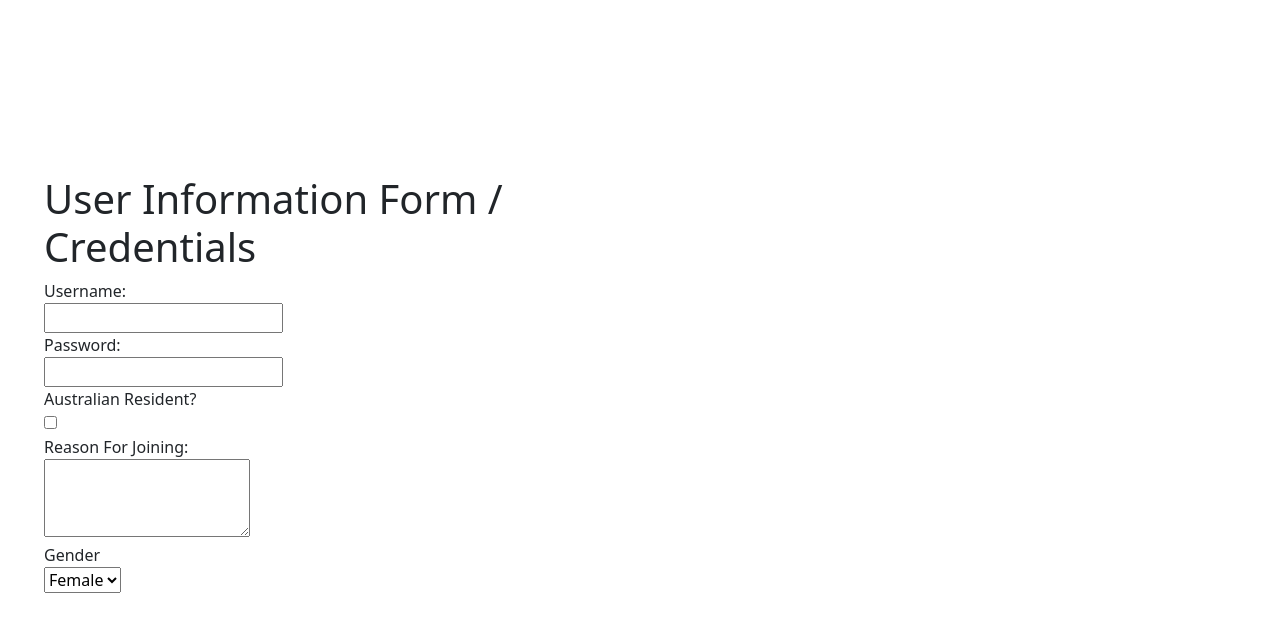
Repository: Andrew-JX/mji-library
Page: /
The author's editor kept a copy of each file at every save. The page is drawn from the files as they stood at one save, then again after a run of saves.
The browser window is 1280 px wide. The pictures show the whole page.
The project was rebuilt for these pictures with package versions that can differ from the ones it lists, and the page was loaded fresh each time. Also part of the build but not shown: vite.config.js, src/components/JSON.vue.

Above is the page before, as saved 2025-08-12 00:02:43.

After the next 5 saves:
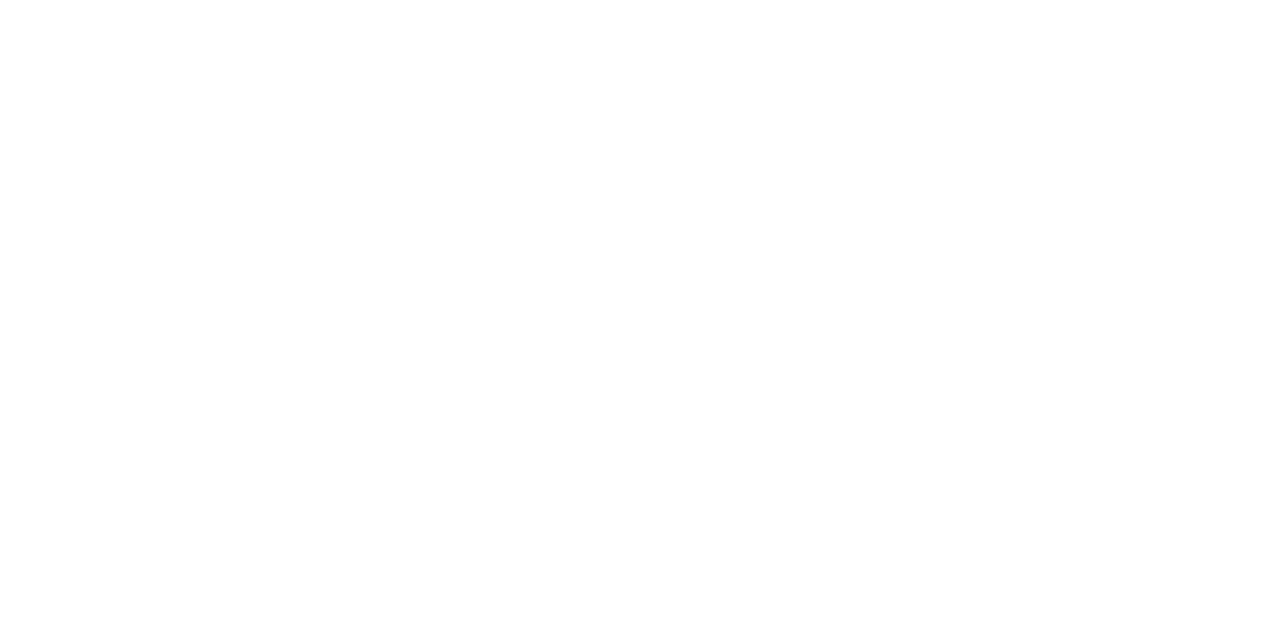
Console error: TypeError: Cannot read properties of undefined (reading 'username')
The 5 saves are shown as one change because 4 did not build or start.
The last was saved 16 min 1 s later.
--- a/src/components/Form.vue
+++ b/src/components/Form.vue
@@ -1,29 +1,51 @@
 <!-- src/components/Form.vue -->
 <template>
   <div class="container mt-5">
-    <h1>User Information Form / Credentials</h1>
-    <form>
-      <label for="username">Username:</label><br>
-      <input type="text" id="username" name="username"><br>
-
-      <label for="password">Password:</label><br>
-      <input type="password" id="password" name="password"><br>
-
-      <label for="isAustralian">Australian Resident?</label><br>
-      <input type="checkbox" id="isAustralian" name="isAustralian"><br>
-
-      <label for="reason">Reason For Joining:</label><br>
-      <textarea id="reason" name="reason" rows="3"></textarea><br>
-
-      <label for="gender">Gender</label><br>
-      <select id="gender">
-        <option value="female">Female</option>
-        <option value="male">Male</option>
-        <option value="other">Other</option>
-      </select>
-    </form>
+    <div class="row">
+      <div class="col-md-8 offset-md-2">
+        <h1 class="text-center">User Information Form</h1>
+        <form @submit.prevent="submitForm">
+          <div class="row mb-3">
+            <div class="col-md-6">
+              <label for="username" class="form-Label">Username</label>
+              <input type="text" class="form-control" id="username" v-model="formData.username">
+            </div>
+            <div class="col-md-6">
+              <label for="password" class="form-label">Password</label>
+              <input type="password" class="form-control" id="password" v-model="formData.password">
+            </div>
+          </div>
+          <div class="row mb-3">
+            <div class="col-md-6">
+              <div class="form-check">
+                <input type="checkbox" class="form-check-input" id="isAustralian" V-model="formData.isAustralian">
+                <label class="form-check-label" for="isAustralian">Australian
+                  Resident?</label>
+              </div>
+            </div>
+            <div class="col-md-6">
+              <label for="gender" class="form-Label">Gender</label>
+              <select class="form-select" id="gender" v-model="formData.gender">
+                <option value="male">Male</option>
+                <option value="female">Female</option>
+                <option value="other">0ther</option>
+              </select>
+            </div>
+          </div>
+          <div class="mb-3">
+            <label for="reason" class="form-label">Reason for Joining</label>
+            <textarea class="form-control" id="reason" rows="3" v-model="formData.reason"></textarea>
+          </div>
+          <div class="text-center">
+            <button type="submit" class="btn btn-primary me-2">Submit</button>
+            <button type="button" class="btn btn-secondary" @click="clearForm">Clear</button>
+          </div>
+        </form>
+      </div>
+    </div>
   </div>
 </template>
+
 
 <script setup>
 

After the 2 saves that followed:
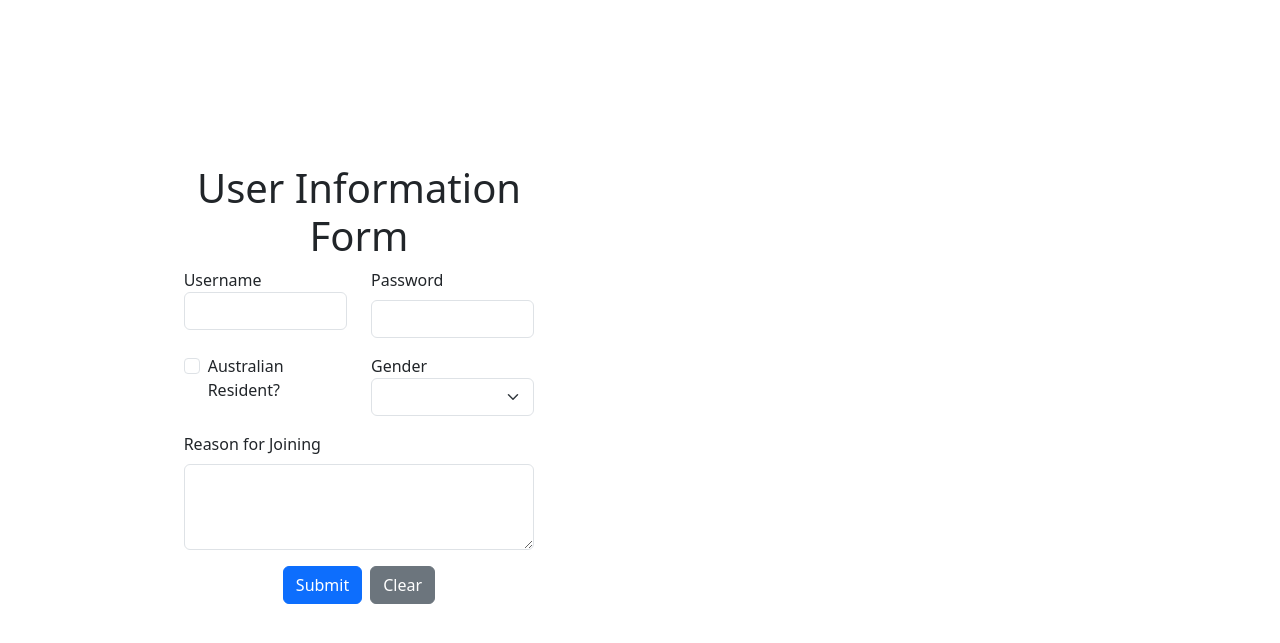
The error is gone.
The 2 saves are shown as one change because 1 left the picture as it was.
The last was saved 14 min 11 s later.
--- a/src/components/Form.vue
+++ b/src/components/Form.vue
@@ -5,22 +5,24 @@
       <div class="col-md-8 offset-md-2">
         <h1 class="text-center">User Information Form</h1>
         <form @submit.prevent="submitForm">
+
           <div class="row mb-3">
             <div class="col-md-6">
               <label for="username" class="form-Label">Username</label>
               <input type="text" class="form-control" id="username" v-model="formData.username">
             </div>
+
             <div class="col-md-6">
               <label for="password" class="form-label">Password</label>
               <input type="password" class="form-control" id="password" v-model="formData.password">
             </div>
           </div>
+
           <div class="row mb-3">
             <div class="col-md-6">
               <div class="form-check">
                 <input type="checkbox" class="form-check-input" id="isAustralian" V-model="formData.isAustralian">
-                <label class="form-check-label" for="isAustralian">Australian
-                  Resident?</label>
+                <label class="form-check-label" for="isAustralian">Australian Resident?</label>
               </div>
             </div>
             <div class="col-md-6">
@@ -48,7 +50,23 @@
 
 
 <script setup>
+import { ref } from 'vue';
 
+const formData = ref({
+  username: '',
+  password: '',
+  isAustralian: false,
+  reason: '',
+  gender: ''
+});
+
+const submittedCards = ref([]);
+
+const submitForm = () => {
+  submittedCards.value.push({
+    ...formData.value
+  });
+};
 </script>
 
 <style scoped></style>
